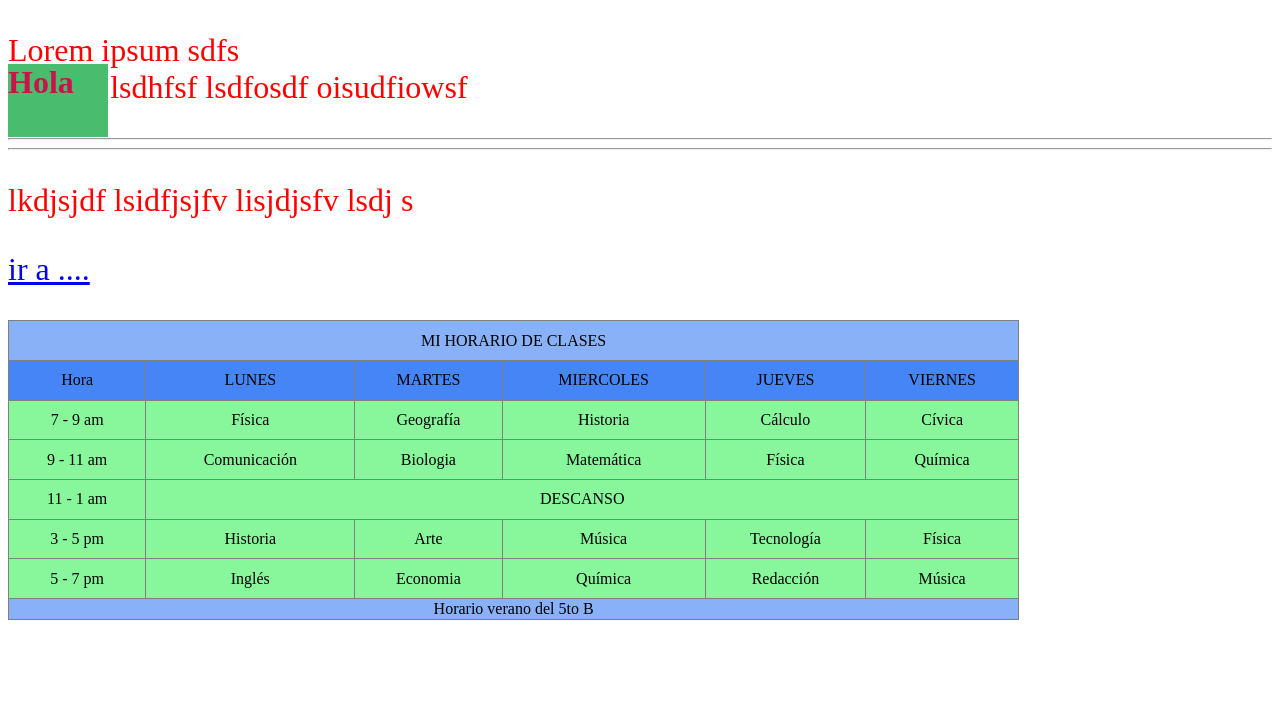
Repository: gadiazsaavedra/Unidad_2
Page: index.html
These files come from the project's save history. The page is drawn as it stood at one moment and after a run of saves; the edit follows.
The browser window is 1280 px wide. The pictures show the whole page.

Above is the page before, as saved 2023-08-07 16:27:57.

### index.html
<!DOCTYPE html>
<html>
  <head>
    <meta http-equiv="content-type" content="text/html; charset=UTF-8">
    <title>index.html</title>
    <link type="text/css" rel="stylesheet" href="css/main.css">
  </head>
  <body>
    <p style="width: 100px; height: 73px;" id="mi_parrafo">Hola</p>
    <!-- hago un coemtario ciaquiera -->
    <p>Lorem ipsum sdfs<br/> sdhfsdf lsdhfsf lsdfosdf oisudfiowsf </p>
    <hr/>
    <hr/>
    <p>lkdjsjdf lsidfjsjfv lisjdjsfv lsdj s</p>
    <p><a href="https://www.google.com/">ir a ....</a><br>
      <table border="1px" width ="80%" height ="300px" style="border-collapse:collapse; text-align:center;">
        <thead bgcolor="#88b1f7" height ="40px">
      <tr>
      <td colspan="6"> MI HORARIO DE CLASES </td>
      </tr>
        </thead>

        <tbody bgcolor="#88f79b">
      <tr bgcolor="#4585f5">
      <td> Hora  </td>
      <td> LUNES  </td>
      <td> MARTES </td>
      <td> MIERCOLES </td>
      <td> JUEVES </td>
      <td> VIERNES </td>
      </tr>

      <tr>
      <td> 7 - 9 am </td>
      <td> Física </td>
      <td> Geografía  </td>
      <td> Historia </td>
      <td> Cálculo </td>
      <td> Cívica </td>
      </tr>

      <tr>
      <td> 9 - 11 am </td>
      <td> Comunicación </td>
      <td> Biologia </td>
      <td> Matemática </td>
      <td> Física </td>
      <td> Química </td>
      </tr>

      <tr>
      <td> 11 - 1 am</td>
      <td colspan="5"> DESCANSO </td>
      </tr>


      <tr>
      <td> 3 - 5 pm</td>
      <td> Historia </td>
      <td> Arte </td>
      <td> Música </td>
      <td> Tecnología </td>
      <td> Física </td>
      </tr>
          <tr>
      <td> 5 - 7 pm</td>
      <td> Inglés </td>
      <td> Economia </td>
      <td> Química </td>
      <td> Redacción </td>
      <td> Música </td>
      </tr>

        </tbody>

           <tfoot bgcolor="#88b1f7">
          <tr>
      <td colspan="6"> Horario verano del 5to B  </td>
      </tr>
        </tfoot>

      </table>

    </p>
  </body>
</html>

### css/main.css
p {
  color: red;
  font-size: xx-large;
}

#mi_parrafo {
  color: #c8144a;
  font-weight: bold;
  background-color: #49bc6d;
  position: absolute;
}

After the next 2 saves:
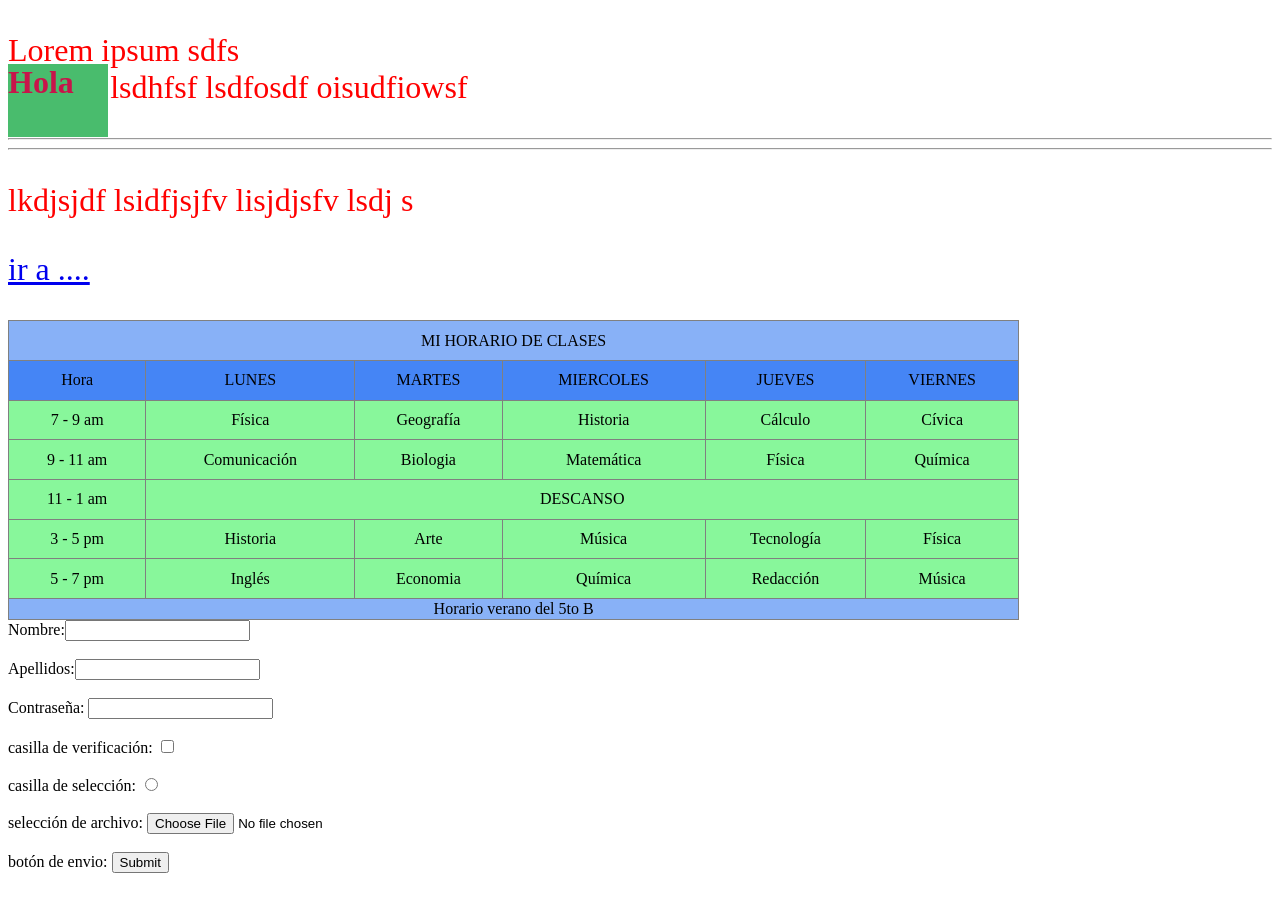
The 2 saves are shown as one change because they came seconds apart.
The last was saved 8 min 29 s later.
--- a/index.html
+++ b/index.html
@@ -80,6 +80,15 @@
         </tfoot>
 
       </table>
+      <form>
+        Nombre:<input type="text"/>  <br/><br/>
+        Apellidos:<input type="text"/>   <br/><br/>
+        Contraseña: <input type="password"/>  <br/><br/>
+        casilla de verificación: <input type="checkbox"/> <br/><br/>
+        casilla de selección: <input type="radio"/>  <br/><br/>
+        selección de archivo:  <input type="file">  <br/><br/>
+        botón de envio: <input type="submit">
+        </form>
 
     </p>
   </body>
